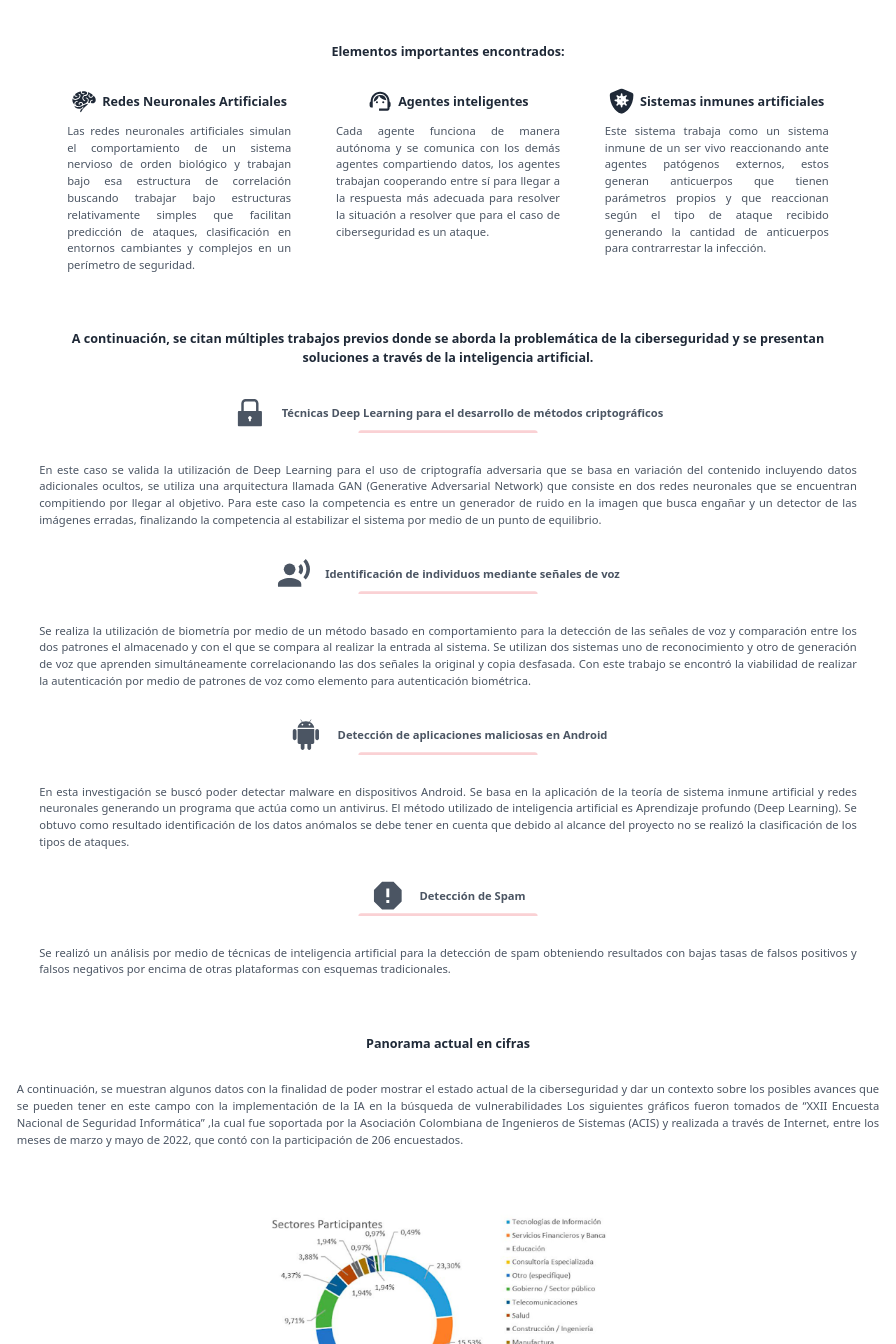
Repository: cardacar/fdi-2022
Page: /parte-2
These files come from the project's save history. The page is drawn as it stood at one moment and after the next save; the edit follows.
The browser window is 1280 px wide. The pictures show the part of the page from y = 2122 to 4042 px (the page is 7863 px tall), at 70% of full size.
The project was rebuilt for these pictures with package versions that can differ from the ones it lists, and the page was loaded fresh each time. The framework's server and built-in components were replaced by stand-ins that run in the browser. Also part of the build but not shown: next.config.js.

Above is the page before, as saved 2022-08-07 13:14:36.

After the next save:
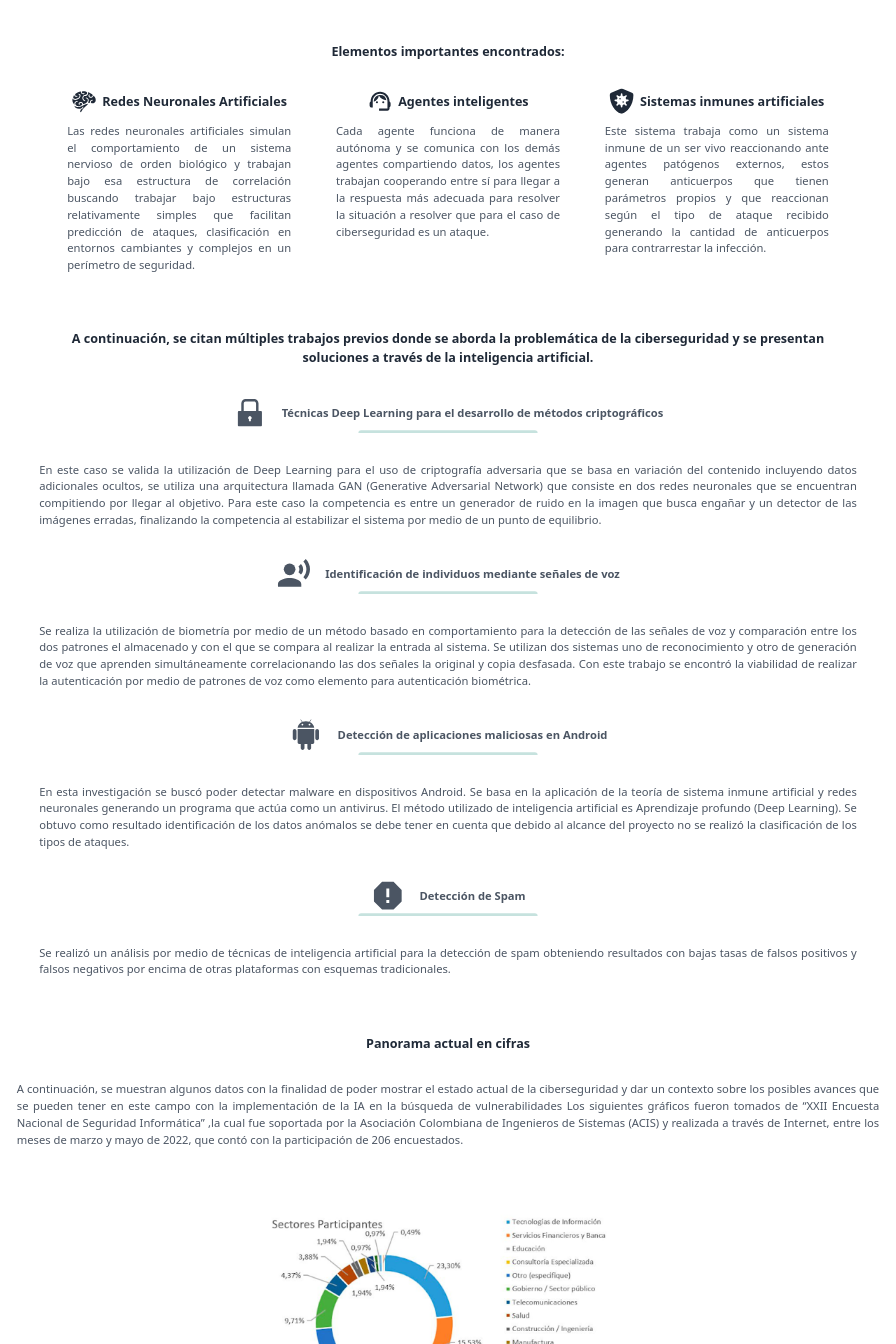
Saved 98 s later.
--- a/tailwind.config.js
+++ b/tailwind.config.js
@@ -17,7 +17,7 @@ module.exports = {
     },
     extend: {
       colors: {
-        primary: '#ec4755',
+        primary: '#1c8b7b',
         secondary: '#a12c34',
         tertiary: '#99a0a3',
         border: '#1a2e35',
